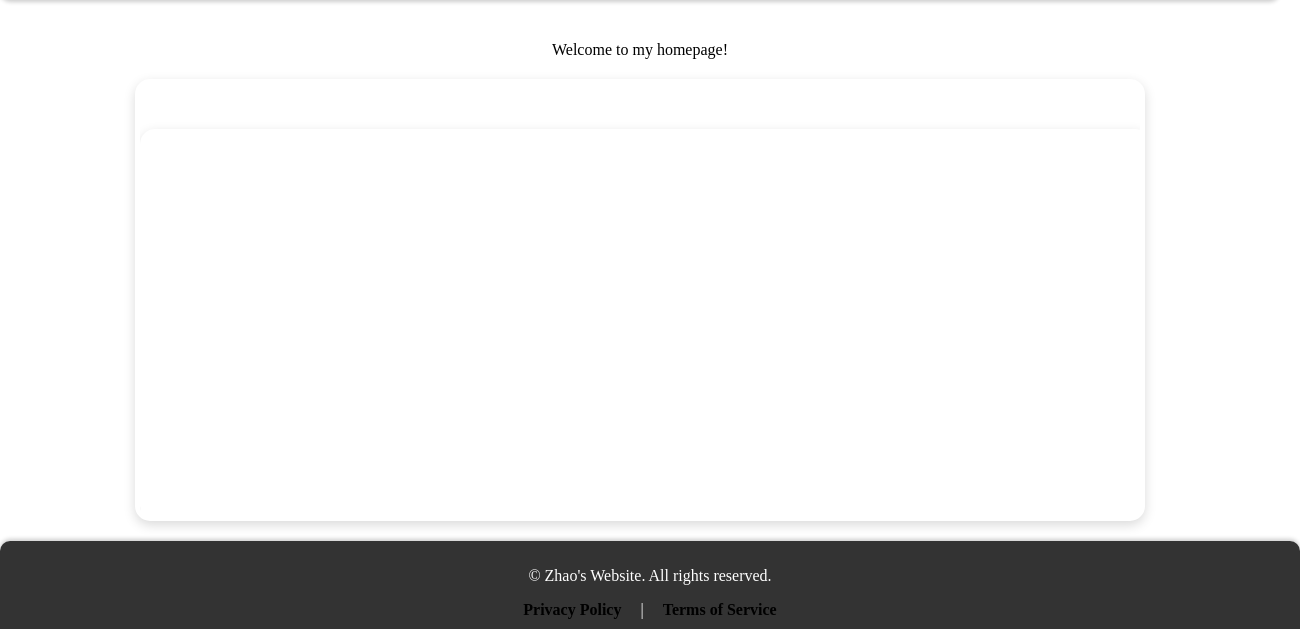
Repository: Iamnotsnowwhite/my-resume
Page: /
The author's editor kept a copy of each file at every save. The page is drawn from the files as they stood at one save, then again after the next save.
The browser window is 1280 px wide. The page is 1300 px wide, so the pictures cover 1300 px, including what lies to the right of the window. The pictures show the part of the page from y = 256 to 885 px (the page is 885 px tall before and 861 px after).
The project was rebuilt for these pictures with package versions that can differ from the ones it lists, and the page was loaded fresh each time. Also part of the build but not shown: src/components/About.tsx, src/pages/AboutPage.tsx, src/components/Contact.tsx, src/chatbox.css, src/pages/ContactPage.tsx, src/components/chatbox.tsx.

Above is the page before, as saved 2024-08-12 12:51:17.

After the next save:
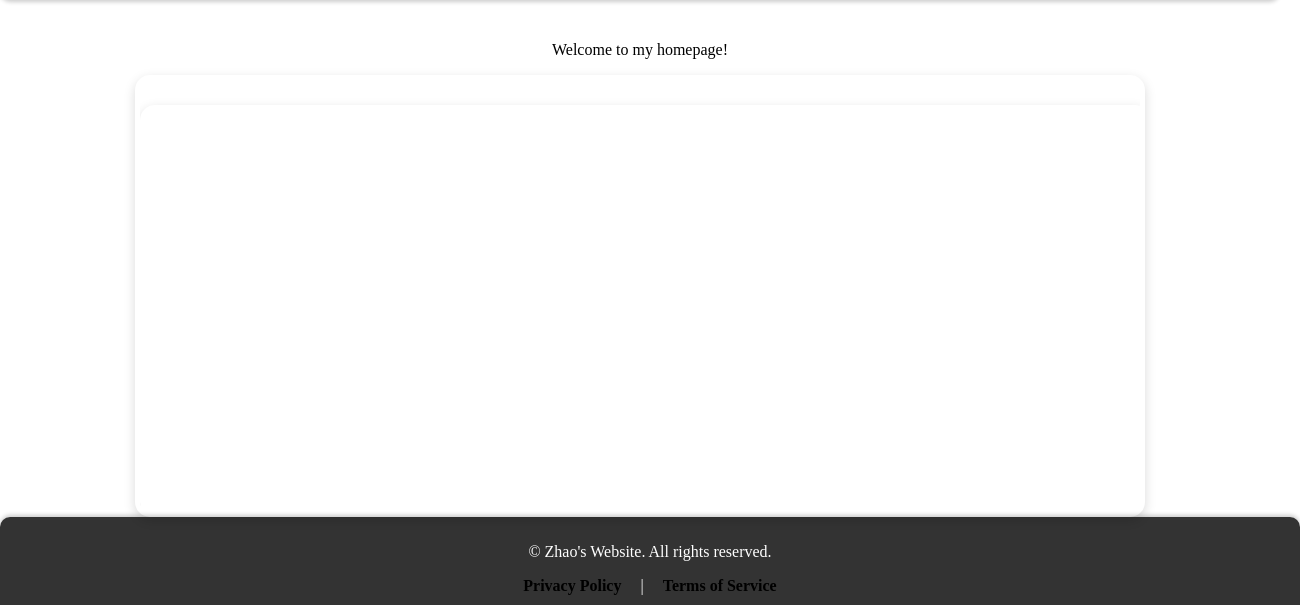
Saved 11 s later.
--- a/src/homepage.css
+++ b/src/homepage.css
@@ -11,7 +11,7 @@
     max-width: 1000px; /* 设置最大宽度 */
     height: 60vh; /* 固定高度为视窗高度的60% */
     overflow: hidden;
-    margin: 20px auto; /* 居中并在上下添加20px的外边距 */
+    margin: 0px auto; /* 居中并在上下添加20px的外边距 */
     border-radius: 15px; /* 添加圆角 */
     box-shadow: 0 4px 12px rgba(0, 0, 0, 0.15); /* 添加阴影效果 */
     background-color: white; /* 白色背景，确保白边效果 */
